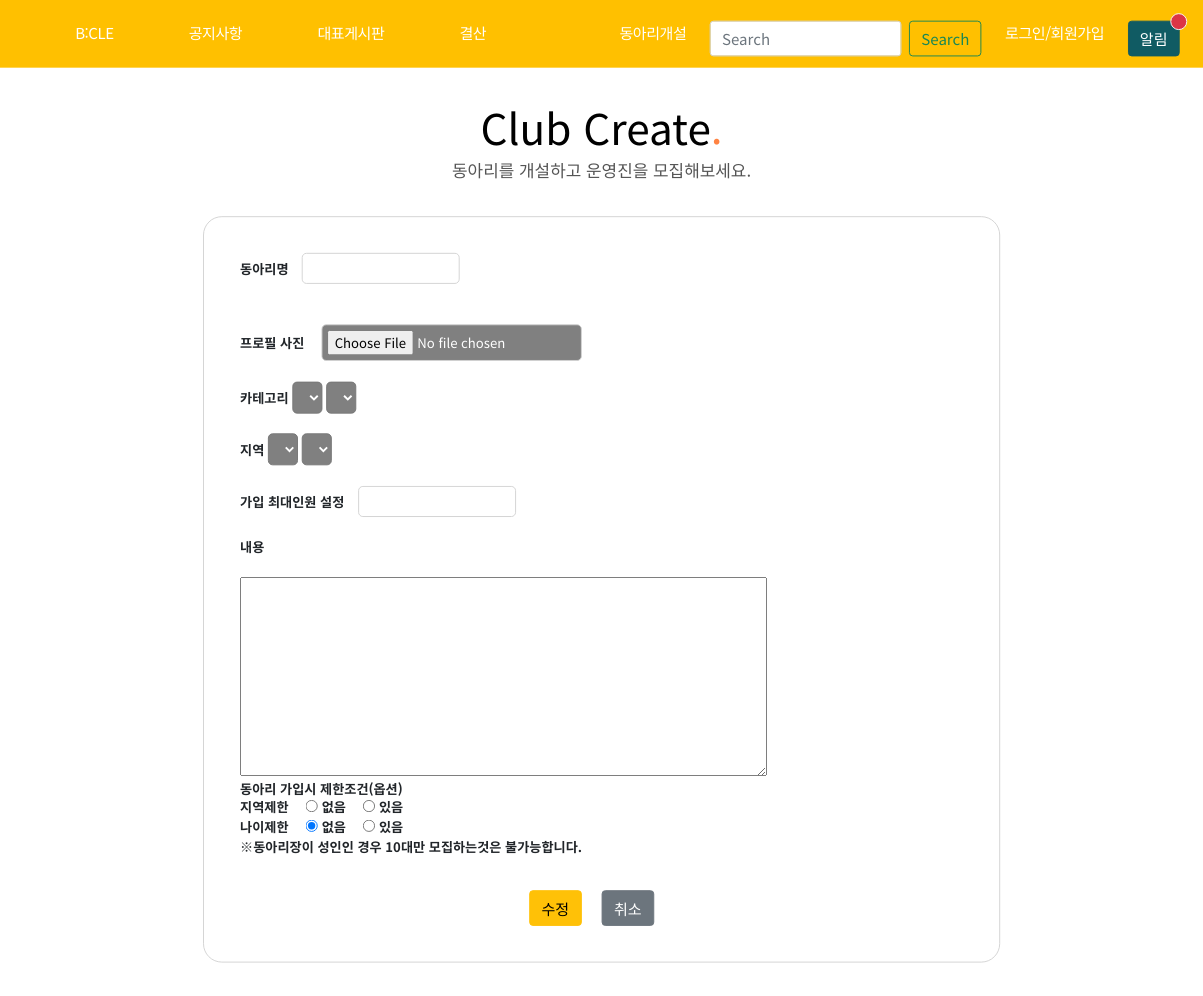
Repository: CHAEYUN7074/SpringProject
Page: http://localhost/viewpages/WEB-INF/view/PreClubUpdateForm.jsp
An editor plug-in stored every save of this project. The page is shown before and after the next save, followed by the edit.
The browser window is 1280 px wide. The pictures show the whole page, at 94% of full size.
Some web fonts or font styles are not loaded; a fallback is used. The page is served by Tomcat 9. Nobody is signed in. The template is opened directly, without the code that normally fills it, so the values that code supplies are empty.

Above is the page before, as saved 2021-12-27 16:56:58.

After the next save:
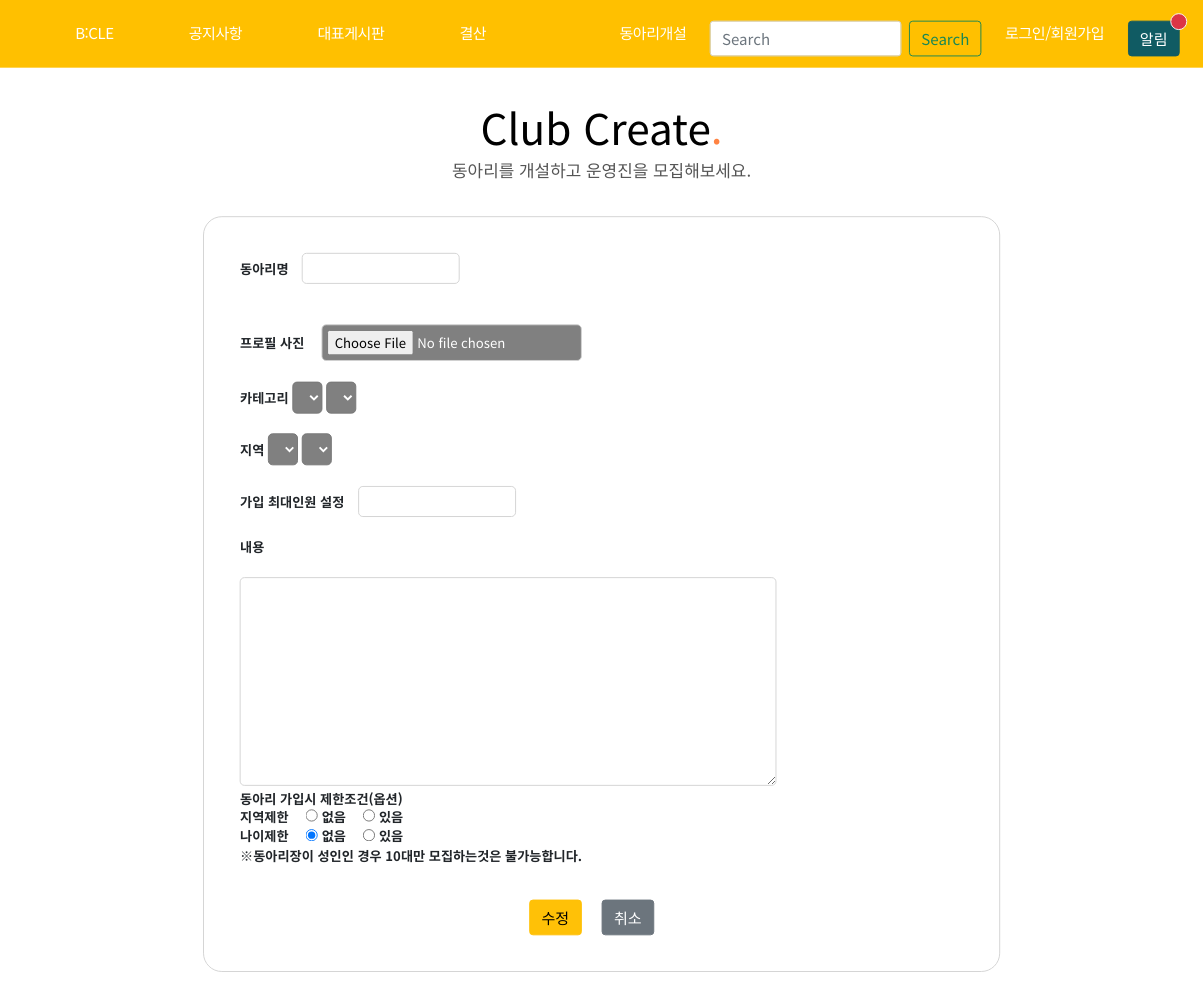
Saved 93 s later.
--- a/viewpages/WebContent/WEB-INF/view/PreClubUpdateForm.jsp
+++ b/viewpages/WebContent/WEB-INF/view/PreClubUpdateForm.jsp
@@ -37,6 +37,7 @@ section .name p {font-size: 18px; color: #555;}
 .button_set button {margin-right : 3vh;}
 
 select {color: white; background: gray; border-radius: 5px; padding: 5px; }
+textarea {border : 1px solid lightgray; border-radius: 5px; padding: 5px;}
 
 </style>
 
